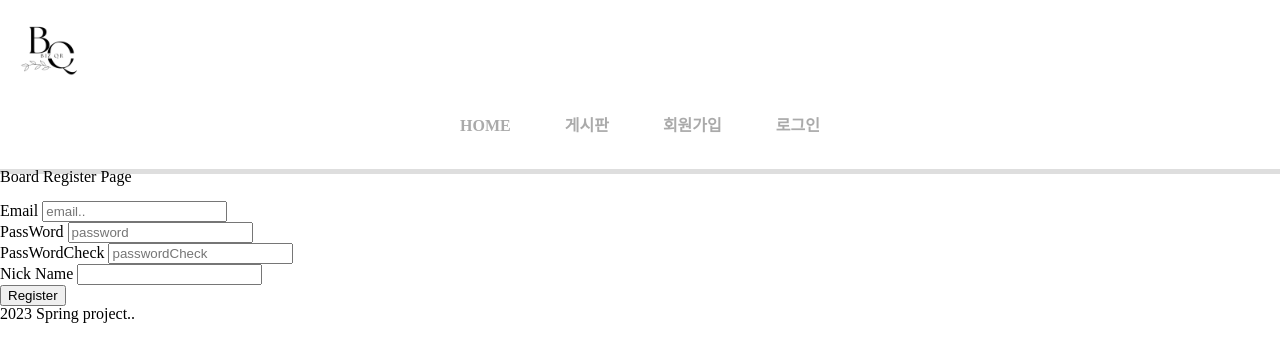
Repository: Skylee-1996/springSelf
Page: http://localhost/spring_test2/WEB-INF/views/member/register.jsp
These files come from the project's save history. The page is drawn as it stood at one moment and after the next save; the edit follows.
The browser window is 1280 px wide. The pictures show the whole page.
The page is served by Tomcat 9. Nobody is signed in. The template is opened directly, without the code that normally fills it, so the values that code supplies are empty.

Above is the page before, as saved 2024-01-18 02:12:47.
Console error: TypeError: Cannot read properties of null (reading 'addEventListener')

After the next save:
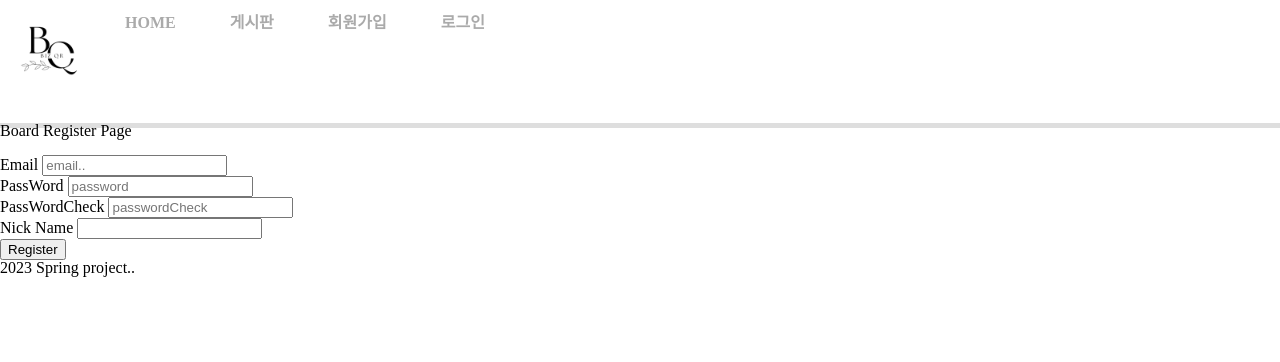
Saved 22 s later.
--- a/spring_test2/src/main/webapp/resources/css/nav.css
+++ b/spring_test2/src/main/webapp/resources/css/nav.css
@@ -6,7 +6,7 @@
   background: #fff;
   padding: 0px 0px 20px 0px;
   box-shadow: 0px 5px 0px #dedede;
-  display: inline-block;
+  display: flex;
 }
 nav img{
   width: 100px;

After the 2 saves that followed:
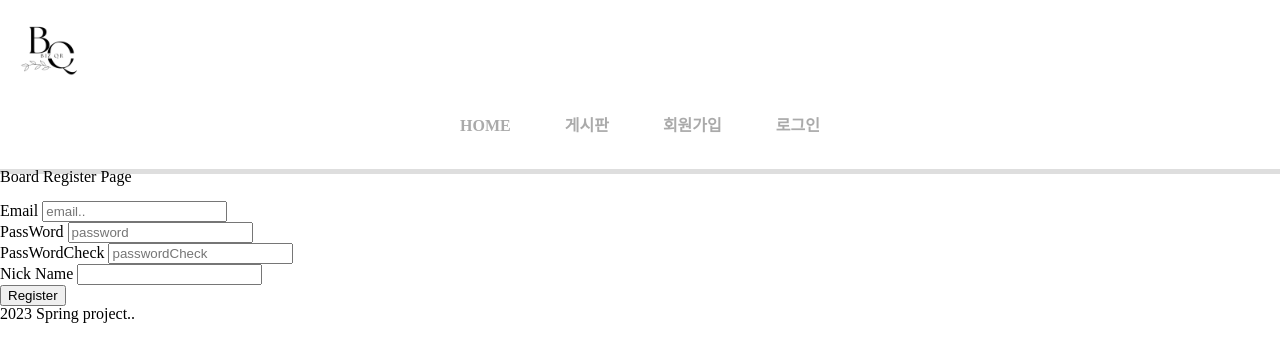
The 2 saves are shown as one change because they came seconds apart.
The last was saved 13 s later.
--- a/spring_test2/src/main/webapp/resources/css/nav.css
+++ b/spring_test2/src/main/webapp/resources/css/nav.css
@@ -6,7 +6,7 @@
   background: #fff;
   padding: 0px 0px 20px 0px;
   box-shadow: 0px 5px 0px #dedede;
-  display: flex;
+  display: block;
 }
 nav img{
   width: 100px;
